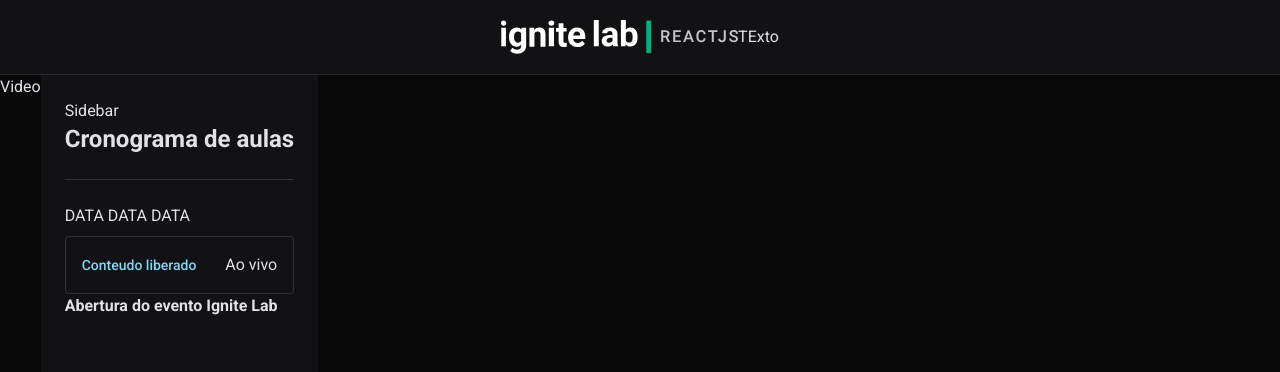
Repository: weltergab/Event_Plataform-IgniteLab
Page: /
These files come from the project's save history. The page is drawn as it stood at one moment and after the next save; the edit follows.
The browser window is 1280 px wide. The pictures show the whole page.
The page's requests for data from a server got no answer. The project was rebuilt for these pictures with package versions that can differ from the ones it lists, and the page was loaded fresh each time. No one was signed in, and anything a server would have sent is missing. Also part of the build but not shown: vite.config.ts.

Above is the page before, as saved 2022-06-24 16:56:36.

### index.html
<!DOCTYPE html>
<html lang="en">

<head>
  <meta charset="UTF-8" />
  <link rel="icon" type="image/svg+xml" href="/src/favicon.svg" />
  <meta name="viewport" content="width=device-width, initial-scale=1.0" />

  <link rel="preconnect" href="https://fonts.googleapis.com" />
  <link rel="preconnect" href="https://fonts.gstatic.com" crossorigin />
  <link href="https://fonts.googleapis.com/css2?family=Roboto:wght@400;500;700&display=swap" rel="stylesheet" />

  <title>Event Plataform</title>
</head>

<body>
  <div id="root"></div>
  <script type="module" src="/src/main.tsx"></script>
</body>

</html>

### src/main.tsx
import { ApolloProvider } from '@apollo/client'
import React from 'react'
import ReactDOM from 'react-dom/client'
import App from './App'
import { client } from './lib/apollo';

import './styles/global.css'

ReactDOM.createRoot(document.getElementById('root')!).render(
  <ApolloProvider client={client}>
    <React.StrictMode>
    <App />
    </React.StrictMode>
  </ApolloProvider>

)

### src/App.tsx
import { gql, useQuery } from '@apollo/client'
import { useState } from 'react'

import { Event } from './pages/Event'


const GET_LESSONS_QUERY = gql`
  query {
    lessons {
      id
      title
    }

  }
`




function App() {
  const { data } = useQuery(GET_LESSONS_QUERY)

  console.log(data);





  const [count, setCount] = useState(0)

  return (
    <div className="All">
      <Event />
    </div>

  )
}

export default App

### src/lib/apollo.ts
import { ApolloClient, InMemoryCache } from "@apollo/client";

export const client = new ApolloClient({
    uri: 'https://api-sa-east-1.graphcms.com/v2/cl4pywx0h2kp101xtf4npbpzl/master',
    cache: new InMemoryCache()
})

### src/pages/Event.tsx
import { Header } from "../components/Header";
import { Sidebar } from "../components/Sidebar";
import { Video } from "../components/Video";

export function Event() {
    return (
        <div className="flex flex-col min-h-screen">
            <Header />
            <main className="flex flex-1">
                <Video />
                <Sidebar />
            </main>
        </div>
    )
}

### src/components/Header.tsx
import { Logo } from "./Logo";

export function Header(){
    return (
        <header className="w-full py-5 flex items-center justify-center bg-gray-700 border-b border-gray-600">
            <Logo />
            TExto
        </header>
    )
}

### src/components/Sidebar.tsx
import { Lesson } from "./Lesson";

export function Sidebar() {
    return (
        <aside className="w-[348] bg-gray-700 p-6 border-1 border-gray-600">
            <h1>Sidebar</h1>
            <span className="font-bold text-2xl pb-6 mb-6 border-b border-gray-500 block">
                Cronograma de aulas
            </span>
            <div className="flex flex-col gab-8">
                <Lesson />
            </div>
        </aside>
    )
}

### src/components/Video.tsx
export function Video(){
    return (
        <h1>Video</h1>
    )
}

### src/components/Logo.tsx
export function Logo() {
  return (
    <svg
      xmlns="http://www.w3.org/2000/svg"
      width="237"
      height="34"
      fill="none"
      viewBox="0 0 237 34"
    >
      <path
        fill="#fff"
        d="M.002 3.112a2.49 2.49 0 01.165-.987c.12-.314.304-.595.535-.83A2.906 2.906 0 012.615.572c.698 0 1.374.257 1.912.723.23.24.412.524.536.837a2.701 2.701 0 010 1.979 2.568 2.568 0 01-.536.837 2.889 2.889 0 01-1.907.723 2.901 2.901 0 01-1.908-.723 2.458 2.458 0 01-.538-.84 2.645 2.645 0 01-.172-.996zm4.96 23.146H.273V7.862h4.689v18.397zM8.012 16.973c0-2.853.686-5.145 2.055-6.883a6.653 6.653 0 015.528-2.606 5.869 5.869 0 014.802 2.09l.2-1.751h4.538v17.95a7.891 7.891 0 01-1.12 4.246 7.243 7.243 0 01-3.147 2.752 11.155 11.155 0 01-4.742.94c-1.378 0-2.74-.279-4.008-.812a7.08 7.08 0 01-2.946-2.11l2.208-3.02a5.905 5.905 0 004.543 2.08 4.356 4.356 0 003.104-1.059 3.938 3.938 0 001.103-2.993v-.994a5.775 5.775 0 01-4.555 1.935 6.647 6.647 0 01-3.05-.652 6.615 6.615 0 01-2.408-1.967c-1.397-1.752-2.085-4.089-2.085-6.942v-.21h-.025l.005.006zm4.997.355a6.723 6.723 0 001.026 3.956 3.233 3.233 0 002.799 1.443c.651.045 1.3-.088 1.878-.39a3.52 3.52 0 001.396-1.305v-7.825a3.448 3.448 0 00-1.374-1.305 3.504 3.504 0 00-1.86-.39 3.28 3.28 0 00-1.61.365 3.22 3.22 0 00-1.219 1.103c-.688.975-1.036 2.418-1.036 4.348zM33.098 7.833l.158 2.196a6.527 6.527 0 012.371-1.927 6.38 6.38 0 012.971-.62c1.97 0 3.438.597 4.39 1.79.953 1.194 1.456 2.936 1.486 5.293v12.249h-4.962V14.683a3.367 3.367 0 00-.684-2.344 3.086 3.086 0 00-1.069-.598 3.008 3.008 0 00-1.211-.13 3.349 3.349 0 00-1.821.454c-.553.32-1.01.794-1.313 1.367v13.37H28.45V7.845l4.647-.012zM47.512 3.112a2.304 2.304 0 01.185-.988 2.42 2.42 0 01.59-.831A3.439 3.439 0 0150.404.57c.772 0 1.52.256 2.117.723.508.486.792 1.142.792 1.826 0 .683-.284 1.34-.792 1.826a3.417 3.417 0 01-2.11.723c-.77 0-1.517-.257-2.11-.723a2.47 2.47 0 01-.594-.839 2.342 2.342 0 01-.19-.994h-.005zm5.483 23.149h-5.18V7.86h5.18v18.4zM62.454 3.334v4.612h3.107v3.677h-3.107v9.382c-.05.53.091 1.063.395 1.495a1.824 1.824 0 001.473.45c.476.002.95-.035 1.421-.114v3.803a9.672 9.672 0 01-2.939.449c-3.398 0-5.128-1.775-5.19-5.32V11.644h-2.642V7.968h2.643V3.356h4.841v-.025l-.002.003zM76.487 27.08a9.277 9.277 0 01-6.759-2.55c-1.74-1.699-2.605-3.957-2.605-6.797v-.494a11.295 11.295 0 011.098-5.08 8.141 8.141 0 013.111-3.465 8.72 8.72 0 014.59-1.22c2.577 0 4.62.815 6.098 2.449 1.478 1.633 2.226 3.94 2.226 6.929v2.055h-12.01a4.665 4.665 0 001.473 2.971 4.487 4.487 0 003.111 1.111 5.426 5.426 0 004.548-2.115l2.476 2.781a7.506 7.506 0 01-3.07 2.507 9.81 9.81 0 01-4.287.916v.002zm-.594-15.514a3.127 3.127 0 00-2.428 1.012 5.405 5.405 0 00-1.188 2.912h7.006v-.405a3.749 3.749 0 00-.908-2.608 3.252 3.252 0 00-2.45-.908h-.03l-.002-.003zM97.771 26.259h-4.957V0h4.957V26.26zM112.209 26.259c-.227-.444-.392-.997-.496-1.659-1.196 1.333-2.751 2.002-4.666 2.002-1.811 0-3.314-.523-4.504-1.572-1.191-1.049-1.786-2.372-1.786-3.966 0-1.96.725-3.464 2.179-4.513 1.453-1.049 3.553-1.58 6.3-1.59h2.273v-1.06c0-.854-.22-1.54-.659-2.051-.44-.513-1.131-.77-2.078-.77-.832 0-1.486.2-1.957.6-.474.4-.708.945-.708 1.64h-4.941c0-1.07.331-2.062.992-2.973.662-.91 1.597-1.626 2.804-2.144 1.206-.518 2.564-.778 4.069-.778 2.28 0 4.089.573 5.429 1.718 1.34 1.145 2.009 2.756 2.009 4.83v8.017c.012 1.754.256 3.082.735 3.983v.29h-4.992l-.003-.004zm-4.086-3.435c.728 0 1.402-.163 2.016-.486.614-.326 1.071-.76 1.367-1.308v-3.181h-1.846c-2.472 0-3.79.854-3.948 2.564l-.017.291c0 .614.217 1.123.649 1.523.434.4 1.026.6 1.779.6v-.003zM136.58 17.183c0 2.963-.632 5.273-1.898 6.931-1.265 1.659-3.032 2.488-5.3 2.488-2.006 0-3.608-.77-4.805-2.308l-.222 1.967h-4.444V.001h4.94v9.418c1.14-1.332 2.638-2 4.496-2 2.256 0 4.025.828 5.308 2.487 1.283 1.658 1.923 3.992 1.923 7v.274l.002.003zm-4.94-.358c0-1.868-.296-3.233-.889-4.094-.592-.861-1.475-1.29-2.65-1.29-1.572 0-2.655.643-3.247 1.932v7.299c.604 1.298 1.697 1.95 3.282 1.95 1.584 0 2.643-.788 3.146-2.36.239-.752.358-1.897.358-3.437z"
      ></path>
      <path
        fill="#C4C4CC"
        d="M164.51 17.501h-2.283v4.53h-2.048v-11.78h4.143c1.36 0 2.408.306 3.149.915.74.61 1.108 1.493 1.108 2.648 0 .787-.19 1.449-.57 1.98-.38.532-.911.94-1.59 1.226l2.646 4.906v.106h-2.194l-2.364-4.531h.003zm-2.283-1.65h2.105c.691 0 1.229-.176 1.619-.524.39-.348.582-.824.582-1.429 0-.604-.18-1.12-.538-1.466-.358-.345-.893-.523-1.606-.533h-2.162V15.85zM179.066 16.773h-4.839v3.625h5.656v1.634h-7.704V10.25h7.648v1.65h-5.6v3.253h4.839v1.62zM189.803 19.29h-4.565l-.955 2.744h-2.127l4.452-11.783h1.836l4.459 11.783h-2.137l-.963-2.744zm-3.99-1.65h3.415l-1.707-4.89-1.708 4.89zM204.716 18.197c-.119 1.256-.583 2.238-1.392 2.941-.81.703-1.885 1.056-3.228 1.056-.938 0-1.764-.222-2.48-.668-.715-.445-1.266-1.079-1.656-1.898-.387-.82-.589-1.772-.607-2.858v-1.1c0-1.11.198-2.09.59-2.937.392-.846.96-1.5 1.695-1.96.736-.458 1.587-.688 2.554-.688 1.301 0 2.347.353 3.139 1.057.792.703 1.254 1.7 1.385 2.99h-2.039c-.096-.846-.343-1.458-.74-1.833-.397-.375-.977-.563-1.745-.563-.89 0-1.574.326-2.05.977-.479.652-.721 1.605-.733 2.863v1.044c0 1.273.227 2.245.683 2.917.457.668 1.123 1.004 2.004 1.004.805 0 1.409-.18 1.814-.543.405-.363.661-.962.77-1.804h2.038l-.002.003zM216.481 11.902h-3.674v10.132h-2.031V11.902h-3.642V10.25h9.347v1.65zM222.759 10.251h2.039v8.262c0 1.127-.353 2.023-1.057 2.687-.703.664-1.633.995-2.788.995-1.229 0-2.179-.311-2.848-.93-.669-.62-1.004-1.484-1.004-2.59h2.038c0 .627.156 1.096.467 1.412.31.316.76.474 1.347.474.55 0 .989-.183 1.315-.545.326-.366.489-.867.489-1.51V10.25h.002zM234.952 18.999c0-.518-.183-.918-.545-1.197-.363-.279-1.022-.563-1.972-.849-.95-.286-1.705-.604-2.265-.955-1.074-.674-1.612-1.555-1.612-2.638 0-.95.388-1.732 1.163-2.347.774-.614 1.779-.922 3.015-.922.819 0 1.55.15 2.194.454a3.597 3.597 0 011.513 1.29c.367.558.55 1.177.55 1.858h-2.038c0-.614-.193-1.095-.578-1.443-.385-.348-.938-.524-1.656-.524-.668 0-1.189.144-1.557.43-.37.286-.555.686-.555 1.197 0 .432.2.792.6 1.08.399.29 1.056.57 1.974.842.918.271 1.653.582 2.208.93.556.348.963.748 1.222 1.197.259.452.387.977.387 1.582 0 .982-.375 1.762-1.127 2.342-.753.58-1.775.87-3.063.87a5.755 5.755 0 01-2.352-.473c-.715-.316-1.27-.75-1.668-1.308-.397-.555-.594-1.204-.594-1.942h2.048c0 .669.222 1.187.664 1.555.441.367 1.075.55 1.902.55.713 0 1.246-.143 1.607-.432.357-.288.538-.671.538-1.145l-.003-.002z"
      ></path>
      <path fill="#00B37E" d="M150.271 33.146h-4.958V.57h4.958v32.576z"></path>
    </svg>
  );
}

### src/components/Lesson.tsx
export function Lesson() {
    return (
        <a href="#">
            <span>
                DATA DATA DATA
            </span>

            <div className="rounded border border-gray-500 p-4 mt-2">
                <header className="flex items-center justify-between">
                    <span className="text-sm text-blue-500 font-medium">
                        Conteudo liberado
                    </span>
                    <span>
                        Ao vivo
                    </span>
                </header>
            </div>
            <strong>
                Abertura do evento Ignite Lab
            </strong>
        </a>

    )
}

Loaded but not shown: src/styles/global.css (common file); tailwind.config.js (common file)

After the next save:
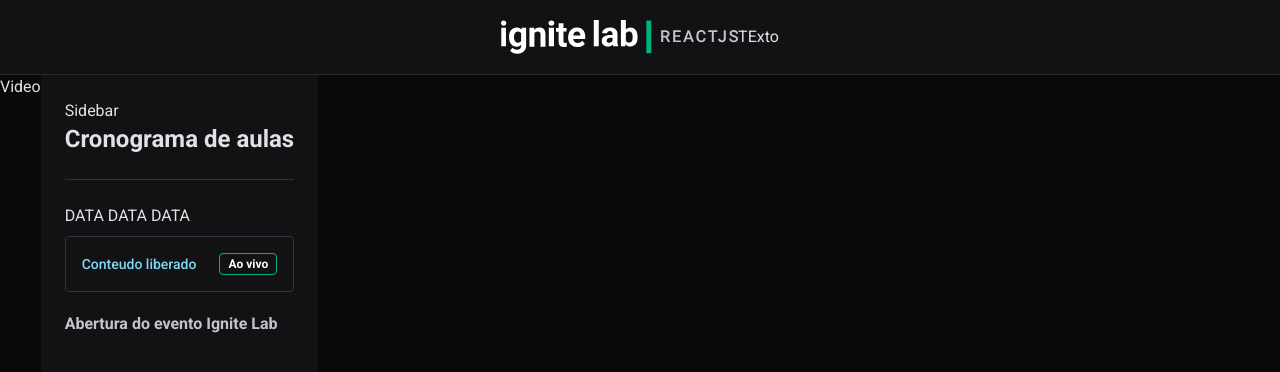
Saved 2 min 52 s later.
--- a/src/components/Lesson.tsx
+++ b/src/components/Lesson.tsx
@@ -10,12 +10,12 @@
                     <span className="text-sm text-blue-500 font-medium">
                         Conteudo liberado
                     </span>
-                    <span>
+                    <span className="text-xs rounded py-[0.125rem] px-2 text-white border border-green-300 font-bold">
                         Ao vivo
                     </span>
                 </header>
             </div>
-            <strong>
+            <strong className="text-gray-200 mt-5 block">
                 Abertura do evento Ignite Lab
             </strong>
         </a>
